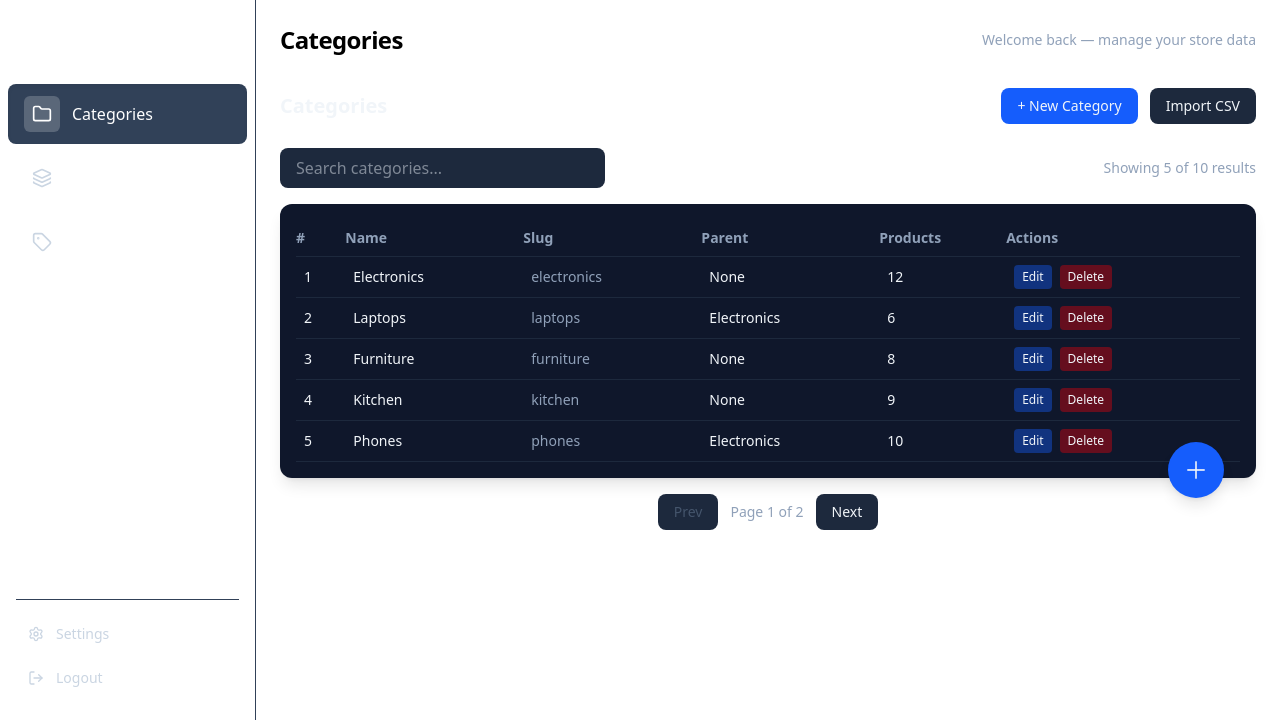
Repository: Ndegwa2/MulistorePOS
Page: /
The author's editor kept a copy of each file at every save. The page is drawn from the files as they stood at one save, then again after the next save.
The browser window is 1280 px wide. The pictures show the whole page.
The project was rebuilt for these pictures with package versions that can differ from the ones it lists, and the page was loaded fresh each time. Also part of the build but not shown: vite.config.js, Frontend/EditModal.jsx, Frontend/DeleteConfirm.jsx, Frontend/subcategory.jsx, Frontend/brand.jsx.

Above is the page before, as saved 2025-10-03 09:53:24.

### index.html
<!DOCTYPE html>
<html lang="en">
  <head>
    <meta charset="UTF-8" />
    <link rel="icon" type="image/svg+xml" href="/vite.svg" />
    <meta name="viewport" content="width=device-width, initial-scale=1.0" />
    <title>Multistore POS</title>
  </head>
  <body>
    <div id="root"></div>
    <script type="module" src="/Frontend/main.jsx"></script>
  </body>
</html>

### Frontend/main.jsx
import React from 'react'
import ReactDOM from 'react-dom/client'
import './index.css'
import Dashboard from './dashboaord'

ReactDOM.createRoot(document.getElementById('root')).render(
  <React.StrictMode>
    <Dashboard />
  </React.StrictMode>,
)

### Frontend/dashboaord.jsx
import React, { useState } from "react";
import { Folder, Layers, Tag, Settings, LogOut } from "lucide-react";

// Assume these exist in your project
import CategoryPanel from "./categoryPanel";
import SubCategoryPanel from "./subcategory";
import BrandPanel from "./brand";

const NAV = [
  { key: "categories", label: "Categories", icon: Folder },
  { key: "subcategories", label: "Subcategories", icon: Layers },
  { key: "brands", label: "Brands", icon: Tag },
];

export default function Dashboard() {
  const [active, setActive] = useState("categories");

  // small helper for rendering the active panel
  function renderPanel() {
    if (active === "categories") return <CategoryPanel />;
    if (active === "subcategories") return <SubCategoryPanel />;
    return <BrandPanel />;
  }

  return (
    <div className="min-h-screen bg-secondary text-text flex">
      {/* Sidebar */}
      <aside
        className="w-64 fixed left-0 top-0 h-screen bg-primary text-white border-r border-slate-700
                   flex flex-col justify-between"
        aria-label="Sidebar"
      >
        <div>
          {/* Logo / Title */}
          <div className="px-6 py-6">
            <div className="text-sm font-semibold">Multistore POS</div>
          </div>

          {/* Nav */}
          <nav className="mt-4 px-2" aria-label="Main navigation">
            {NAV.map((n) => {
              const Icon = n.icon;
              const isActive = active === n.key;
              return (
                <button
                  key={n.key}
                  onClick={() => setActive(n.key)}
                  className={`group w-full flex items-center gap-3 px-4 py-3 my-1 rounded-lg text-left
                              transition-colors duration-150
                              ${isActive ? "bg-slate-700 text-white shadow-inner" : "hover:bg-slate-700"}`}
                  aria-current={isActive ? "page" : undefined}
                >
                  <div className={`p-2 rounded-md ${isActive ? "bg-white/20" : "bg-transparent"}`}>
                    <Icon className={`w-5 h-5 ${isActive ? "text-white" : "text-slate-300"} transition-colors`} />
                  </div>
                  <span className="flex-1">{n.label}</span>
                  {/* subtle chevron or count placeholder (optional) */}
                </button>
              );
            })}
          </nav>
        </div>

        {/* bottom area */}
        <div className="px-4 pb-6">
          <div className="border-t border-slate-700 pt-4 flex flex-col gap-2">
            <button className="flex items-center gap-3 px-3 py-2 rounded-lg hover:bg-slate-700 transition-colors">
              <Settings className="w-4 h-4 text-slate-300" />
              <span className="text-sm text-slate-300">Settings</span>
            </button>
            <button className="flex items-center gap-3 px-3 py-2 rounded-lg hover:bg-slate-700 transition-colors">
              <LogOut className="w-4 h-4 text-slate-300" />
              <span className="text-sm text-slate-300">Logout</span>
            </button>
          </div>
        </div>
      </aside>

      {/* Main content */}
      <main className="flex-1 ml-64 min-h-screen p-6">
        {/* Top header (shows active panel name) */}
        <header className="mb-6">
          <div className="flex items-center justify-between">
            <h2 className="text-2xl font-semibold tracking-tight">
              {NAV.find((n) => n.key === active)?.label}
            </h2>
            <div className="text-sm text-slate-400">Welcome back — manage your store data</div>
          </div>
        </header>

        {/* Content area with simple fade/slide animation */}
        <section
          key={active} /* remounts on active change to trigger transition */
          className="transition duration-300 ease-out transform opacity-0 translate-y-2 animate-fade-in"
          style={{ animationFillMode: "forwards", animationDuration: "220ms" }}
        >
          <div className="bg-transparent">
            {renderPanel()}
          </div>
        </section>
      </main>

      {/* small global styles for the fade-in animation (Tailwind can't define keyframes inline) */}
      <style>{`
        @keyframes fadeIn {
          from { opacity: 0; transform: translateY(6px); }
          to { opacity: 1; transform: translateY(0); }
        }
        .animate-fade-in {
          animation-name: fadeIn;
        }
      `}</style>
    </div>
  );
}

### Frontend/categoryPanel.jsx
import React, { useState } from "react";
import EditModal from "./EditModal";
import DeleteConfirm from "./DeleteConfirm";

export default function CategoryPanel() {
  const [categories, setCategories] = useState([
    { id: 1, name: "Electronics", slug: "electronics", parent: "None", count: 12 },
    { id: 2, name: "Laptops", slug: "laptops", parent: "Electronics", count: 6 },
    { id: 3, name: "Furniture", slug: "furniture", parent: "None", count: 8 },
    { id: 4, name: "Kitchen", slug: "kitchen", parent: "None", count: 9 },
    { id: 5, name: "Phones", slug: "phones", parent: "Electronics", count: 10 },
    { id: 6, name: "Accessories", slug: "accessories", parent: "Electronics", count: 4 },
    { id: 7, name: "Chairs", slug: "chairs", parent: "Furniture", count: 7 },
    { id: 8, name: "Tables", slug: "tables", parent: "Furniture", count: 5 },
    { id: 9, name: "Home Decor", slug: "home-decor", parent: "None", count: 11 },
    { id: 10, name: "Audio", slug: "audio", parent: "Electronics", count: 3 },
  ]);

  const [showModal, setShowModal] = useState(false);
  const [newCategory, setNewCategory] = useState({ name: "", slug: "", parent: "", description: "" });
  const [searchTerm, setSearchTerm] = useState("");
  const [currentPage, setCurrentPage] = useState(1);
  const itemsPerPage = 5;

  const [showEditModal, setShowEditModal] = useState(false);
  const [editingItem, setEditingItem] = useState(null);
  const [showDeleteConfirm, setShowDeleteConfirm] = useState(false);
  const [deletingItem, setDeletingItem] = useState(null);

  // Derived filtered categories
  const filtered = categories.filter(
    (c) =>
      c.name.toLowerCase().includes(searchTerm.toLowerCase()) ||
      c.slug.toLowerCase().includes(searchTerm.toLowerCase())
  );

  // Pagination logic
  const totalPages = Math.ceil(filtered.length / itemsPerPage);
  const paginated = filtered.slice((currentPage - 1) * itemsPerPage, currentPage * itemsPerPage);

  const handleAdd = () => setShowModal(true);

  const handleSave = () => {
    if (newCategory.name.trim() === "") return;
    setCategories([...categories, { ...newCategory, id: Date.now(), count: 0 }]);
    setNewCategory({ name: "", slug: "", parent: "", description: "" });
    setShowModal(false);
  };

  const handleSearch = (e) => {
    setSearchTerm(e.target.value);
    setCurrentPage(1);
  };

  const handleEdit = (item) => {
    setEditingItem(item);
    setShowEditModal(true);
  };

  const handleEditSave = (updated) => {
    setCategories(categories.map(c => c.id === updated.id ? updated : c));
    setShowEditModal(false);
  };

  const handleDelete = (item) => {
    setDeletingItem(item);
    setShowDeleteConfirm(true);
  };

  const handleDeleteConfirm = () => {
    setCategories(categories.filter(c => c.id !== deletingItem.id));
    setShowDeleteConfirm(false);
  };

  return (
    <div className="text-slate-100 font-sans">
      {/* Header */}
      <div className="flex flex-col sm:flex-row justify-between sm:items-center mb-6 gap-3">
        <h2 className="text-xl font-semibold">Categories</h2>
        <div className="flex gap-3">
          <button
            className="bg-blue-600 hover:bg-blue-700 px-4 py-2 rounded-lg text-sm"
            onClick={handleAdd}
          >
            + New Category
          </button>
          <button className="bg-slate-800 hover:bg-slate-700 px-4 py-2 rounded-lg text-sm">
            Import CSV
          </button>
        </div>
      </div>

      {/* Search */}
      <div className="mb-4 flex justify-between items-center flex-wrap gap-3">
        <input
          type="text"
          placeholder="Search categories..."
          value={searchTerm}
          onChange={handleSearch}
          className="w-full sm:w-1/3 bg-slate-800 text-slate-200 px-4 py-2 rounded-lg focus:ring-2 focus:ring-blue-600 outline-none"
        />
        <span className="text-sm text-slate-400">
          Showing {paginated.length} of {filtered.length} results
        </span>
      </div>

      {/* Table */}
      <div className="bg-slate-900 rounded-xl p-4 shadow-lg overflow-x-auto">
        <table className="w-full text-sm">
          <thead>
            <tr className="text-slate-400 border-b border-slate-800">
              <th className="py-2 text-left">#</th>
              <th className="py-2 text-left">Name</th>
              <th className="py-2 text-left">Slug</th>
              <th className="py-2 text-left">Parent</th>
              <th className="py-2 text-left">Products</th>
              <th className="py-2 text-left">Actions</th>
            </tr>
          </thead>
          <tbody>
            {paginated.map((cat, idx) => (
              <tr key={cat.id} className="border-b border-slate-800 hover:bg-slate-800/50">
                <td className="py-2 px-2">{(currentPage - 1) * itemsPerPage + idx + 1}</td>
                <td className="py-2 px-2 font-medium">{cat.name}</td>
                <td className="py-2 px-2 text-slate-400">{cat.slug}</td>
                <td className="py-2 px-2">{cat.parent}</td>
                <td className="py-2 px-2">{cat.count}</td>
                <td className="py-2 px-2 flex gap-2">
                  <button
                    onClick={() => handleEdit(cat)}
                    className="px-2 py-1 bg-blue-600/40 rounded hover:bg-blue-600/60 text-xs"
                  >
                    Edit
                  </button>
                  <button
                    onClick={() => handleDelete(cat)}
                    className="px-2 py-1 bg-red-600/40 rounded hover:bg-red-600/60 text-xs"
                  >
                    Delete
                  </button>
                </td>
              </tr>
            ))}
          </tbody>
        </table>
      </div>

      {/* Pagination Controls */}
      <div className="flex justify-center gap-3 mt-4">
        <button
          disabled={currentPage === 1}
          onClick={() => setCurrentPage(currentPage - 1)}
          className={`px-4 py-2 rounded-lg text-sm ${
            currentPage === 1 ? "bg-slate-800 text-slate-600" : "bg-slate-800 hover:bg-slate-700"
          }`}
        >
          Prev
        </button>
        <span className="text-slate-400 text-sm self-center">
          Page {currentPage} of {totalPages}
        </span>
        <button
          disabled={currentPage === totalPages}
          onClick={() => setCurrentPage(currentPage + 1)}
          className={`px-4 py-2 rounded-lg text-sm ${
            currentPage === totalPages
              ? "bg-slate-800 text-slate-600"
              : "bg-slate-800 hover:bg-slate-700"
          }`}
        >
          Next
        </button>
      </div>

      {/* Floating Add Button */}
      <button
        onClick={handleAdd}
        className="fixed bottom-8 right-8 bg-blue-600 hover:bg-blue-700 w-14 h-14 flex items-center justify-center rounded-full shadow-lg"
      >
        <span className="text-2xl">＋</span>
      </button>

      {/* Modal */}
      {showModal && (
        <div className="fixed inset-0 bg-black/50 flex items-center justify-center z-50">
          <div className="bg-slate-900 p-6 rounded-xl w-full max-w-md shadow-2xl border border-slate-800">
            <h2 className="text-lg font-semibold mb-4">Add New Category</h2>

            <div className="space-y-4">
              <div>
                <label className="text-sm text-slate-400">Name</label>
                <input
                  type="text"
                  value={newCategory.name}
                  onChange={(e) => setNewCategory({ ...newCategory, name: e.target.value })}
                  className="w-full mt-1 bg-slate-800 rounded-lg px-3 py-2 outline-none focus:ring-2 focus:ring-blue-600"
                />
              </div>
              <div>
                <label className="text-sm text-slate-400">Slug</label>
                <input
                  type="text"
                  value={newCategory.slug}
                  onChange={(e) => setNewCategory({ ...newCategory, slug: e.target.value })}
                  className="w-full mt-1 bg-slate-800 rounded-lg px-3 py-2 outline-none focus:ring-2 focus:ring-blue-600"
                />
              </div>
              <div>
                <label className="text-sm text-slate-400">Parent</label>
                <select
                  value={newCategory.parent}
                  onChange={(e) => setNewCategory({ ...newCategory, parent: e.target.value })}
                  className="w-full mt-1 bg-slate-800 rounded-lg px-3 py-2 outline-none focus:ring-2 focus:ring-blue-600"
                >
                  <option value="">None</option>
                  {categories
                    .filter((c) => c.parent === "None")
                    .map((c) => (
                      <option key={c.id}>{c.name}</option>
                    ))}
                </select>
              </div>
              <div>
                <label className="text-sm text-slate-400">Description</label>
                <textarea
                  rows="3"
                  value={newCategory.description}
                  onChange={(e) => setNewCategory({ ...newCategory, description: e.target.value })}
                  className="w-full mt-1 bg-slate-800 rounded-lg px-3 py-2 outline-none focus:ring-2 focus:ring-blue-600"
                ></textarea>
              </div>
            </div>

            <div className="flex justify-end gap-3 mt-6">
              <button
                onClick={() => setShowModal(false)}
                className="px-4 py-2 bg-slate-800 hover:bg-slate-700 rounded-lg"
              >
                Cancel
              </button>
              <button
                onClick={handleSave}
                className="px-4 py-2 bg-blue-600 hover:bg-blue-700 rounded-lg"
              >
                Save
              </button>
            </div>
          </div>
        </div>
      )}

      <EditModal
        isOpen={showEditModal}
        onClose={() => setShowEditModal(false)}
        onSave={handleEditSave}
        initialData={editingItem}
        fields={[
          { name: 'name', label: 'Name', type: 'text' },
          { name: 'slug', label: 'Slug', type: 'text' },
          { name: 'parent', label: 'Parent', type: 'select', options: ['None', ...categories.filter(c => c.parent === 'None').map(c => c.name)] },
          { name: 'description', label: 'Description', type: 'textarea' }
        ]}
      />

      <DeleteConfirm
        isOpen={showDeleteConfirm}
        onClose={() => setShowDeleteConfirm(false)}
        onConfirm={handleDeleteConfirm}
        itemName={deletingItem?.name}
      />
    </div>
  );
}

Loaded but not shown: Frontend/index.css (common file)

After the next save:
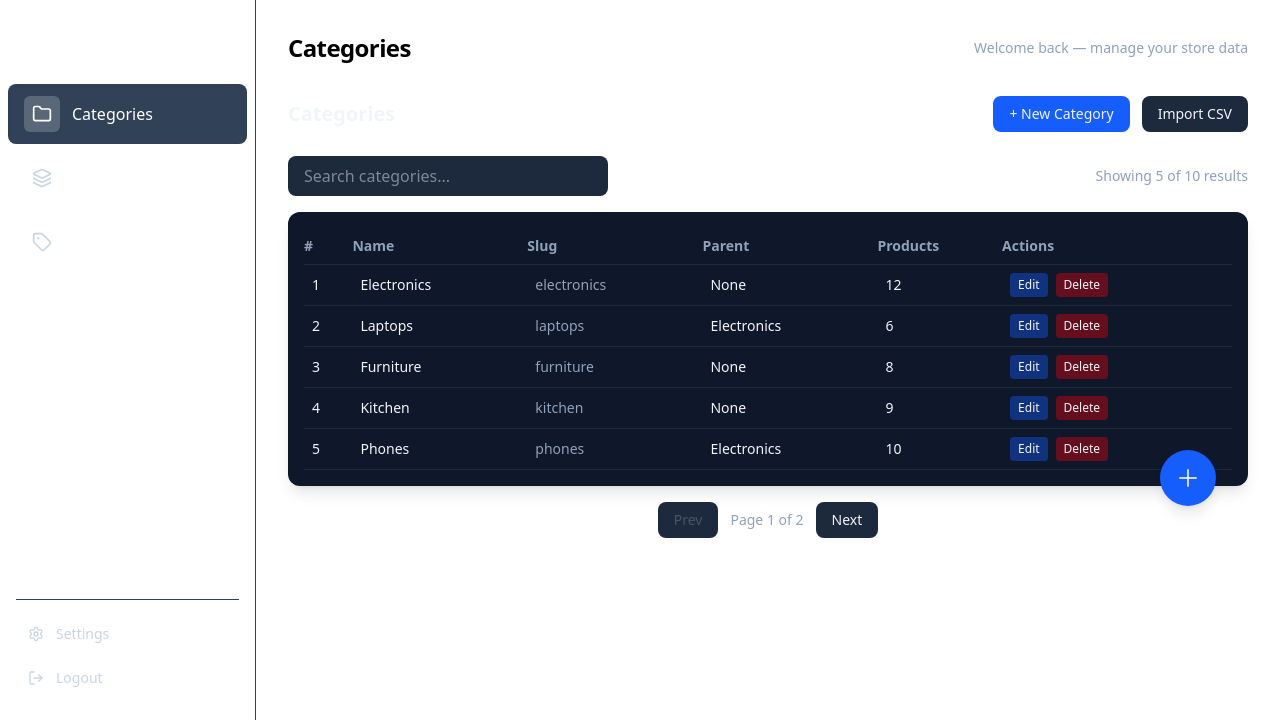
Saved 10 s later.
--- a/Frontend/dashboaord.jsx
+++ b/Frontend/dashboaord.jsx
@@ -77,7 +77,7 @@ export default function Dashboard() {
       </aside>
 
       {/* Main content */}
-      <main className="flex-1 ml-64 min-h-screen p-6">
+      <main className="flex-1 ml-64 bg-secondary min-h-screen text-text p-8">
         {/* Top header (shows active panel name) */}
         <header className="mb-6">
           <div className="flex items-center justify-between">
